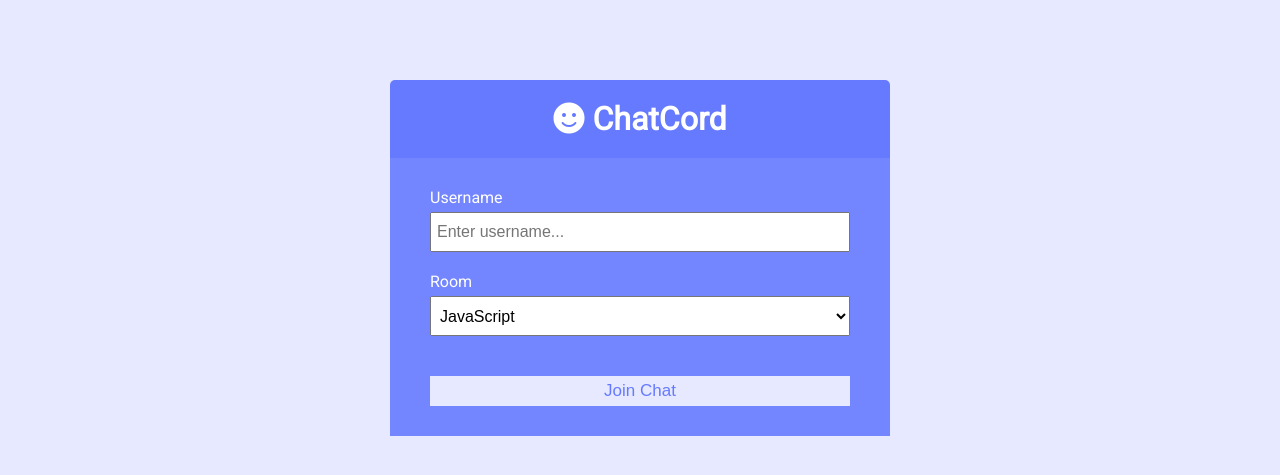
Repository: dev-bot1/Discord-Rooms
Page: public/index.html
The author's editor kept a copy of each file at every save. The page is drawn from the files as they stood at one save, then again after the next save.
The browser window is 1280 px wide. The pictures show the whole page.
Some web libraries are served in a nearby version.

Above is the page before, as saved 2021-06-15 14:37:57.

After the next save:
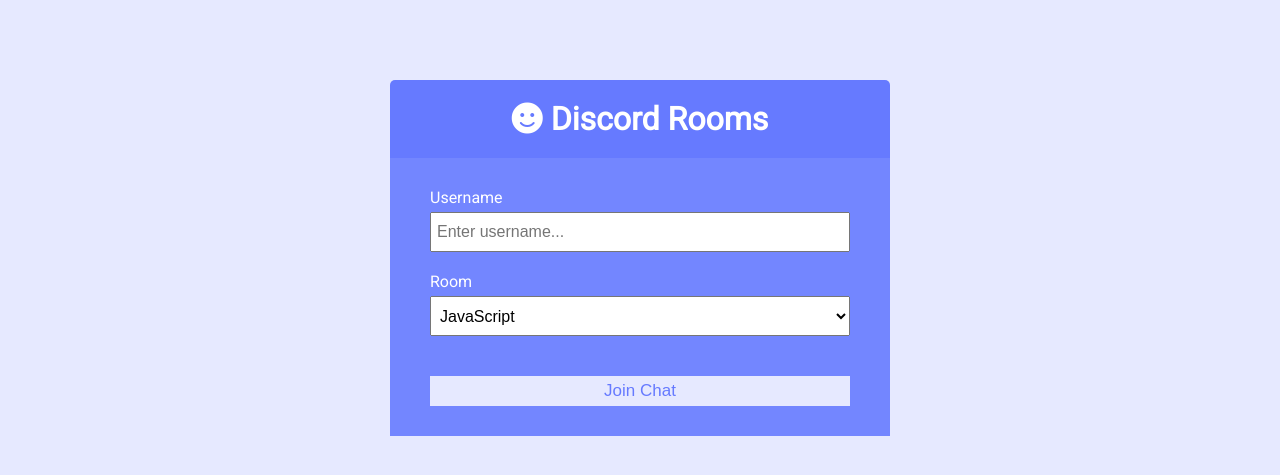
Saved 36 s later.
--- a/public/index.html
+++ b/public/index.html
@@ -16,7 +16,7 @@
 	<body>
 		<div class="join-container">
 			<header class="join-header">
-				<h1><i class="fas fa-smile"></i> ChatCord</h1>
+				<h1><i class="fas fa-smile"></i> Discord Rooms</h1>
 			</header>
 			<main class="join-main">
 				<form action="chat.html">
